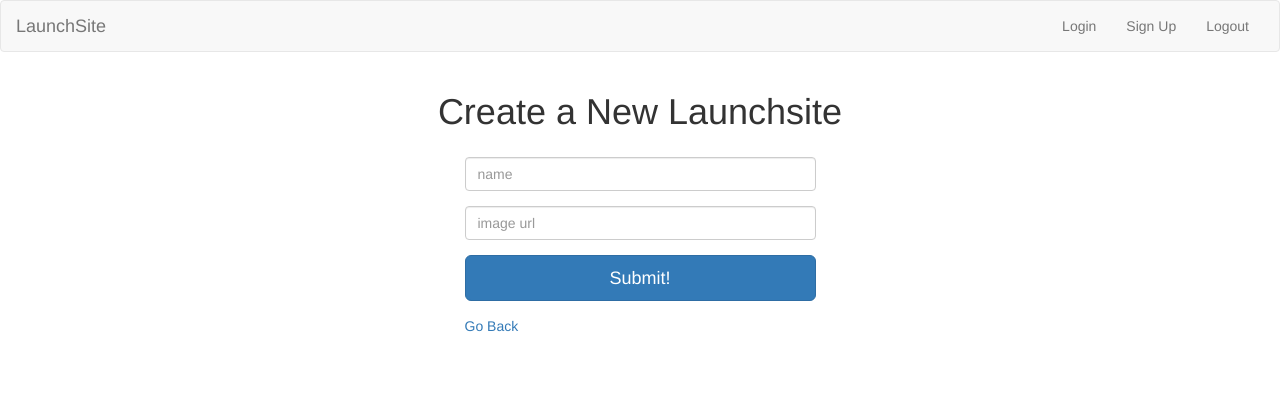
Repository: Oscar6/Udemy-workspace
Page: http://localhost/launchsites/new
The author's editor kept a record of every edit. The page is drawn from the files as they stood at one moment, then again after the next edit.
The browser window is 1280 px wide. The pictures show the whole page.
The page is served by the project's Node server (YelpCamp/v2/app.js).

Above is the page before.

### YelpCamp/v2/views/new.ejs
<% include partials/header %>
<div class="container">
    <div class="row">
        <h1 style="text-align: center;">Create a New Launchsite</h1>
        <div style="width: 30%; margin: 25px auto;">
            <form action="/launchsites" method="POST">
                <div class="form-group">
                    <input class="form-control" type="text" name="name" placeholder="name">
                </div>
                <div class="form-group">
                    <input class="form-control" type="text" name="image" placeholder="image url">
                </div>
                <div class="form-group">
                    <button class="btn btn-lg btn-primary btn-block">Submit!</button>
                </div>
            </form>
            <a href="/launchsites">Go Back</a>
        </div>
    </div>
</div>
<% include partials/footer %>

### YelpCamp/v2/views/partials/header.ejs
<!DOCTYPE html>
<html>
    <head>
        <title>YelpCamp</title>
        <link rel="stylesheet" href="https://maxcdn.bootstrapcdn.com/bootstrap/3.3.5/css/bootstrap.min.css">
    </head>
    <body>
       <nav class="navbar navbar-default">
          <div class="container-fluid">
             <div class="navbar-header">
                <a class="navbar-brand" href="/">LaunchSite</a>
             </div>
             <div class="collapse navbar-collapse">
                <ul class="nav navbar-nav navbar-right">
                   <li><a href="/">Login</a></li>
                   <li><a href="/">Sign Up</a></li>
                   <li><a href="/">Logout</a></li>
                </ul>
             </div>
          </div>
       </nav>

### YelpCamp/v2/app.js
var express = require("express"),
    app = express(),
    bodyParser = require("body-parser"),
    mongoose = require("mongoose")

mongoose.connect("mongodb://localhost/yelp_camp");
app.use(bodyParser.urlencoded({extended: true}));
app.set("view engine", "ejs");

//SCHEMA SET UP
var launchsiteSchema = new mongoose.Schema({
    name: String,
    image: String,
    description: String
});

var Launchsite = mongoose.model("Launchsite", launchsiteSchema);

    // Launchsite.create(
    //     {
    //         name: "SpaceX: South Texas Launch Site",
    //         image: "http://www.spacex.com/sites/spacex/files/styles/launch_site-small/public/spacex_launch_site_tx.jpg?itok=7SM9yHmv",
    //         description: "SpaceX is building the world’s first commercial launch site designed for orbital missions in the Boca Chica area of South Texas."

    //     },
    //     function(err, launchsite){
    //         if(err){
    //             console.log(err);
    //         } else {
    //             console.log("Newly created Launchsite: ");
    //             console.log(launchsite);
    //         }
    //     });


app.get("/", function(req, res){
    res.render("landing");
});

//INDEX - show all launchsites
app.get("/launchsites", function(req, res){
    //Get all launchsites from DB
    Launchsite.find({}, function(err, allLaunchsites){
        if(err){
            console.log(err);
        } else {
          res.render("index", {launchsites:allLaunchsites});
        }
    });
});

//CREATE - add new launchsite to DataBase
app.post("/launchsites", function(req, res){
    // get data from form and add to launchsite array
    var name = req.body.name;
    var image = req.body.image;
    var desc = req.body.description;
    var newLaunchsite = {name: name, image: image, description: desc}
    //Create a new launchsite and save to DB
    Launchsite.create(newLaunchsite, function(err, newlyCreated){
        if(err){
            console.log(err);
        } else {
            // redirect back to launchsite page
            res.redirect("/launchsites");
        }
    });
});

//NEW - show form to create new launchsite
app.get("/launchsites/new", function(req,res){
    res.render("new.ejs");
});

// SHOW - shows more info about one launchsite
app.get("/launchsites/:id", function(req, res){
    //find the launchsite with provided ID
    Launchsite.findById(req.params.id, function(err, foundLaunchsite){
        if(err){
            console.log(err);
        } else {
            //render show template with that launchsite
            res.render("show", {launchsite: foundLaunchsite});
        }
    });
});

app.listen(process.env.PORT, process.env.IP, function(){
    console.log("YelpCamp is running");
});

Loaded but not shown: YelpCamp/v2/views/partials/footer.ejs (common file)

After the next edit:
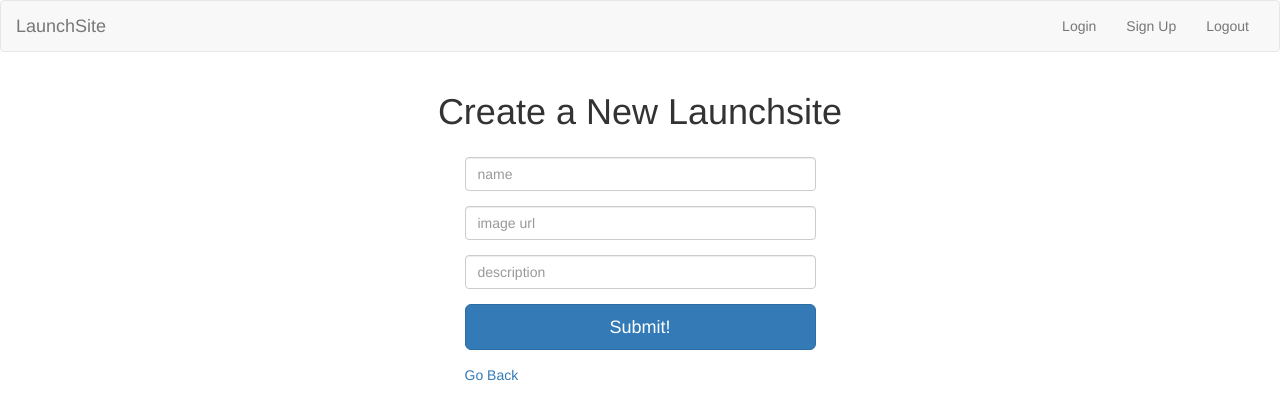
The edit:
--- a/YelpCamp/v2/views/new.ejs
+++ b/YelpCamp/v2/views/new.ejs
@@ -11,6 +11,9 @@
                     <input class="form-control" type="text" name="image" placeholder="image url">
                 </div>
                 <div class="form-group">
+                    <input class="form-control" type="text" name="description" placeholder="description">
+                </div>
+                <div class="form-group">
                     <button class="btn btn-lg btn-primary btn-block">Submit!</button>
                 </div>
             </form>
